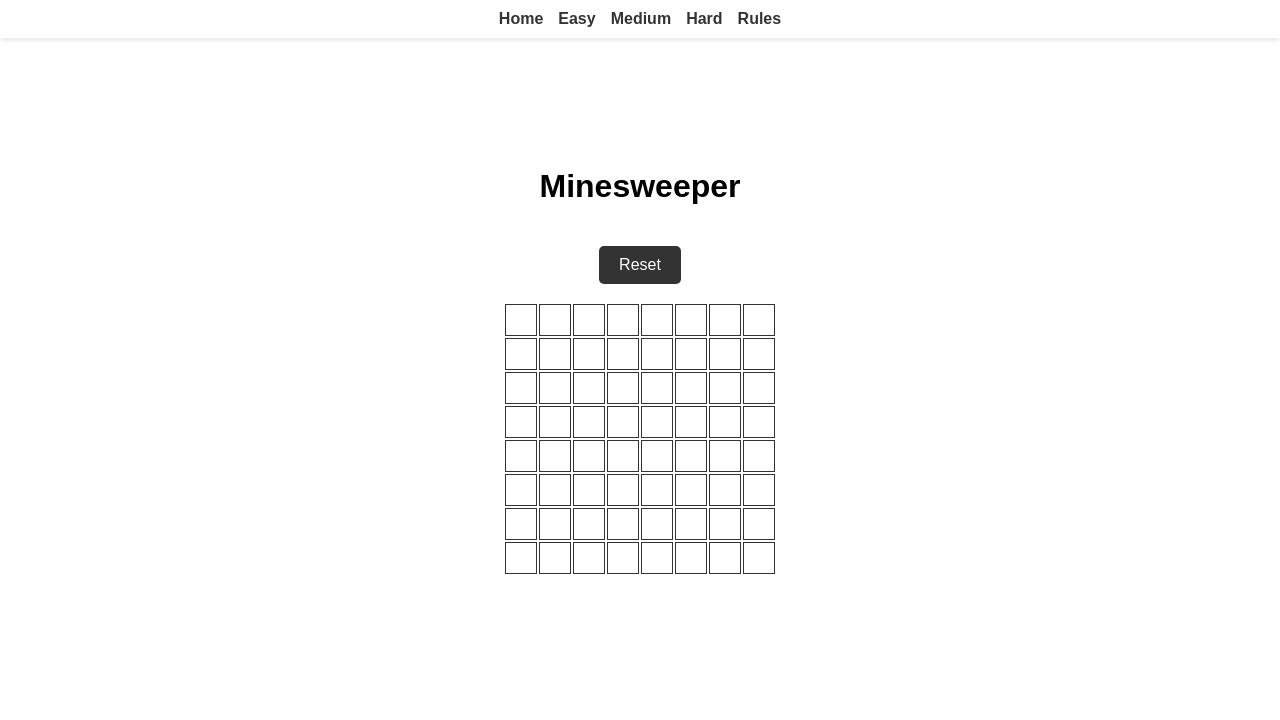
Repository: liwingy/-WingYee-_-Li-project2
Page: /game/easy (app in minesweeper/)
An editor plug-in stored every save of this project. The page is shown before and after the next save, followed by the edit.
The browser window is 1280 px wide. The pictures show the whole page.
The project was rebuilt for these pictures with package versions that can differ from the ones it lists, and the page was loaded fresh each time. Also part of the build but not shown: minesweeper/src/views/Homepage.js, minesweeper/src/views/Rules.js.

Above is the page before, as saved 2024-11-11 14:34:26.

### minesweeper/src/App.js
import './styles.css';
import { BrowserRouter as Router, Routes, Route, Link } from 'react-router-dom';
import Homepage from './views/Homepage';
import Game from './views/Game';
import Rules from './views/Rules';

function App() {
  return (
    <Router>
      <nav>
        <Link to="/">Home</Link>
        <Link to="/game/easy">Easy</Link>
        <Link to="/game/medium">Medium</Link>
        <Link to="/game/hard">Hard</Link>
        <Link to="/rules">Rules</Link>
      </nav>
      <Routes>
        <Route path="/" element={<Homepage />} />
        <Route path="/game/:difficulty" element={<Game />} />
        <Route path="/rules" element={<Rules />} />
      </Routes>
    </Router>
  );
}

export default App;

### minesweeper/src/styles.css
/* General Styles */
body, html {
  display: flex;
  justify-content: center;
  align-items: center;
  height: 100vh;
  margin: 0;
  font-family: Arial, sans-serif;
  text-align: center;
}

/* Main Container */
.main-container {
  display: flex;
  flex-direction: column;
  align-items: center;
  width: 100%;
  max-width: 600px;
  margin-top: 60px; /* Add top margin to avoid overlap with navbar */
}

/* Navbar Styling */
nav {
  position: fixed; /* Make the navbar fixed at the top */
  top: 0;
  left: 0;
  right: 0;
  display: flex;
  gap: 15px;
  justify-content: center;
  background-color: white; /* Background color to cover content behind */
  padding: 10px;
  box-shadow: 0 2px 5px rgba(0, 0, 0, 0.1); /* Optional shadow for visual separation */
  z-index: 1000; /* Ensure it stays above other content */
}

nav a {
  text-decoration: none;
  color: #333;
  font-weight: bold;
}

nav a:hover {
  color: #555;
}

/* Board Styling */
.board {
  display: grid;
  gap: 2px;
  justify-content: center;
  margin-top: 20px;
  /* Dynamically adjust the number of columns based on grid size */
}

/* Cell Styling */
.cell {
  width: 30px;
  height: 30px;
  border: 1px solid #333;
  display: flex;
  align-items: center;
  justify-content: center;
  font-size: 20px;
  cursor: pointer;
}

/* Revealed Cell Styling */
.cell.revealed {
  background-color: #d0d0d0;
}

/* Hover Effect for Cell */
.cell:hover {
  background-color: #e0e0e0;
}

/* Adjust the cell size for larger grids in hard mode */
.board.hard .cell {
  width: 20px;
  height: 20px;
  font-size: 16px;
}

/* Responsive adjustments for larger screens */
@media (min-width: 1024px) {
  .board.hard .cell {
    width: 25px;
    height: 25px;
    font-size: 16px;
  }
}

/* Button Styling */
button {
  margin-top: 20px;
  padding: 10px 20px;
  font-size: 16px;
  cursor: pointer;
  background-color: #333;
  color: #fff;
  border: none;
  border-radius: 5px;
}

button:hover {
  background-color: #555;
}

### minesweeper/src/views/Game.js
import React, { useState, useEffect } from 'react';
import { useParams } from 'react-router-dom';
import Cell from '../components/Cell';

function Game() {
  const { difficulty } = useParams();
  const [grid, setGrid] = useState([]);
  const [isGameOver, setIsGameOver] = useState(false);
  const [hasWon, setHasWon] = useState(false);

  // Sets up the size of the grid and the number of mines based on the selected difficulty level
  const config = {
    easy: { size: 8, mines: 10 },
    medium: { size: 16, mines: 40 },
    hard: { size: 30, mines: 99 },
  }[difficulty] || { size: 8, mines: 10 }; // Default to easy if something goes wrong

  // Reset the game every time the difficulty changes
  useEffect(() => {
    resetGame();
  }, [difficulty]);

  // Sets up a new grid and adds mines
  function initializeGrid() {
    // Create a blank grid with cells set to "not revealed" and no mines
    const emptyGrid = Array.from({ length: config.size }, () =>
      Array.from({ length: config.size }, () => ({
        isRevealed: false,
        isMine: false,
        adjacentMines: 0,
      }))
    );

    // Add mines to the grid
    placeMines(emptyGrid);
    setGrid(emptyGrid);
  }

  // Randomly add mines to cells in the grid
  function placeMines(grid) {
    let minesPlaced = 0;
    while (minesPlaced < config.mines) {
      const row = Math.floor(Math.random() * config.size);
      const col = Math.floor(Math.random() * config.size);

      // Only place a mine if there's not already one there
      if (!grid[row][col].isMine) {
        grid[row][col] = { ...grid[row][col], isMine: true };
        updateAdjacentCounts(grid, row, col); // Update nearby cells to track this new mine
        minesPlaced++;
      }
    }
  }

  // Increments the "adjacentMines" count for cells around a newly placed mine
  function updateAdjacentCounts(grid, row, col) {
    for (let r = Math.max(row - 1, 0); r <= Math.min(row + 1, config.size - 1); r++) {
      for (let c = Math.max(col - 1, 0); c <= Math.min(col + 1, config.size - 1); c++) {
        if (!grid[r][c].isMine) {
          grid[r][c].adjacentMines++;
        }
      }
    }
  }

  // Handles what happens when a player clicks a cell
  function handleClick(row, col) {
    // Do nothing if the game is already over or if the cell is already revealed
    if (isGameOver || grid[row][col].isRevealed) return;

    const newGrid = [...grid];

    // If the cell is a mine, game over!
    if (newGrid[row][col].isMine) {
      setIsGameOver(true);
      alert("Game over! You hit a bomb!");
      revealAllMines(newGrid); // Show all mines
      setGrid(newGrid);
      return;
    }

    // If it's safe, start revealing cells recursively
    revealCell(newGrid, row, col);
    setGrid(newGrid);

    // Check if all non-mine cells are revealed, meaning the player wins
    if (checkWin(newGrid)) {
      setHasWon(true);
      alert("Congratulations! You won!");
    }
  }

  // Recursive function to reveal cells with 0 adjacent mines
  function revealCell(grid, row, col) {
    if (
      row < 0 || col < 0 || row >= config.size || col >= config.size ||
      grid[row][col].isRevealed || grid[row][col].isMine
    ) {
      return; // Stop if out of bounds, already revealed, or a mine
    }

    grid[row][col].isRevealed = true;

    // If the cell has no adjacent mines, keep revealing nearby cells
    if (grid[row][col].adjacentMines === 0) {
      revealCell(grid, row - 1, col);
      revealCell(grid, row + 1, col);
      revealCell(grid, row, col - 1);
      revealCell(grid, row, col + 1);
      revealCell(grid, row - 1, col - 1);
      revealCell(grid, row - 1, col + 1);
      revealCell(grid, row + 1, col - 1);
      revealCell(grid, row + 1, col + 1);
    }
  }

  // Shows all mines when the game is over
  function revealAllMines(grid) {
    grid.forEach(row => {
      row.forEach(cell => {
        if (cell.isMine) {
          cell.isRevealed = true;
        }
      });
    });
  }

  // Checks if the player has revealed all non-mine cells
  function checkWin(grid) {
    return grid.flat().every(cell => cell.isMine || cell.isRevealed);
  }

  // Resets the game by reinitializing the grid and resetting the game state
  function resetGame() {
    setIsGameOver(false);
    setHasWon(false);
    initializeGrid();
  }

  return (
    <div>
      <h1>{isGameOver ? "Game Over" : hasWon ? "You Won!" : "Minesweeper"}</h1>
      <button onClick={resetGame}>Reset</button>
      <div className="board" style={{ gridTemplateColumns: `repeat(${config.size}, 1fr)` }}>
        {grid.map((row, rIndex) =>
          row.map((cell, cIndex) => (
            <Cell
              key={`${rIndex}-${cIndex}`}
              isRevealed={cell.isRevealed}
              isMine={cell.isMine}
              adjacentMines={cell.adjacentMines}
              onClick={() => handleClick(rIndex, cIndex)}
            />
          ))
        )}
      </div>
    </div>
  );
}

export default Game;

### minesweeper/src/components/Cell.js
import React from 'react';

function Cell({ isRevealed, isMine, adjacentMines, onClick }) {
  let content = '';
  if (isRevealed) {
    content = isMine ? '💣' : (adjacentMines > 0 ? adjacentMines : '');
  }

  return (
    <div
      className={`cell ${isRevealed ? 'revealed' : ''}`}
      onClick={onClick}
    >
      {content}
    </div>
  );
}

export default Cell;

Loaded but not shown: minesweeper/public/index.html (common file); minesweeper/src/index.js (common file)

After the next save:
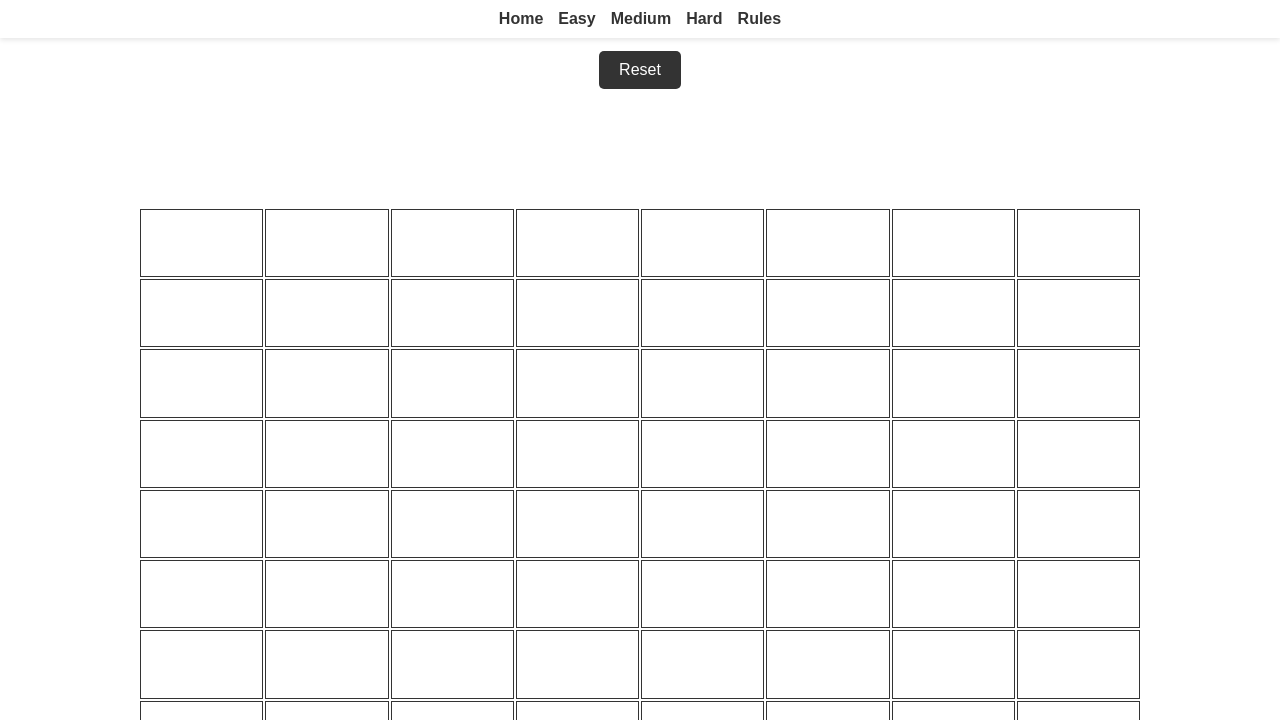
Saved 111 s later.
--- a/minesweeper/src/styles.css
+++ b/minesweeper/src/styles.css
@@ -7,6 +7,7 @@
   margin: 0;
   font-family: Arial, sans-serif;
   text-align: center;
+  overflow: hidden; /* Prevent entire page scrolling */
 }
 
 /* Main Container */
@@ -16,22 +17,22 @@
   align-items: center;
   width: 100%;
   max-width: 600px;
-  margin-top: 60px; /* Add top margin to avoid overlap with navbar */
+  margin-top: 60px;
 }
 
 /* Navbar Styling */
 nav {
-  position: fixed; /* Make the navbar fixed at the top */
+  position: fixed;
   top: 0;
   left: 0;
   right: 0;
   display: flex;
   gap: 15px;
   justify-content: center;
-  background-color: white; /* Background color to cover content behind */
+  background-color: white;
   padding: 10px;
-  box-shadow: 0 2px 5px rgba(0, 0, 0, 0.1); /* Optional shadow for visual separation */
-  z-index: 1000; /* Ensure it stays above other content */
+  box-shadow: 0 2px 5px rgba(0, 0, 0, 0.1);
+  z-index: 1000;
 }
 
 nav a {
@@ -44,50 +45,65 @@
   color: #555;
 }
 
+/* Header Styling for Game Title and Reset Button */
+.header {
+  position: fixed;
+  top: 50px; /* Spacing under the navbar */
+  left: 0;
+  right: 0;
+  background-color: white;
+  padding: 10px;
+  text-align: center;
+  box-shadow: 0 2px 5px rgba(0, 0, 0, 0.1);
+  z-index: 1000;
+}
+
 /* Board Styling */
 .board {
+  margin-top: 120px; /* Space for the navbar and header */
   display: grid;
   gap: 2px;
   justify-content: center;
-  margin-top: 20px;
-  /* Dynamically adjust the number of columns based on grid size */
+  height: calc(100vh - 160px); /* Dynamically adjust based on available space */
+  width: 90vw;
+  max-width: 1000px;
+  overflow-y: auto; /* Enable scrolling within the board, if needed */
 }
 
 /* Cell Styling */
 .cell {
-  width: 30px;
-  height: 30px;
   border: 1px solid #333;
   display: flex;
   align-items: center;
   justify-content: center;
-  font-size: 20px;
   cursor: pointer;
 }
 
-/* Revealed Cell Styling */
-.cell.revealed {
-  background-color: #d0d0d0;
+/* Adjust the cell size based on the difficulty */
+.board.easy .cell {
+  width: 40px;
+  height: 40px;
+  font-size: 20px;
 }
 
-/* Hover Effect for Cell */
-.cell:hover {
-  background-color: #e0e0e0;
+.board.medium .cell {
+  width: 30px;
+  height: 30px;
+  font-size: 16px;
 }
 
-/* Adjust the cell size for larger grids in hard mode */
 .board.hard .cell {
-  width: 20px;
-  height: 20px;
-  font-size: 16px;
+  width: 14px;
+  height: 14px;
+  font-size: 12px;
 }
 
 /* Responsive adjustments for larger screens */
 @media (min-width: 1024px) {
   .board.hard .cell {
-    width: 25px;
-    height: 25px;
-    font-size: 16px;
+    width: 18px;
+    height: 18px;
+    font-size: 14px;
   }
 }
 

After the save that followed:
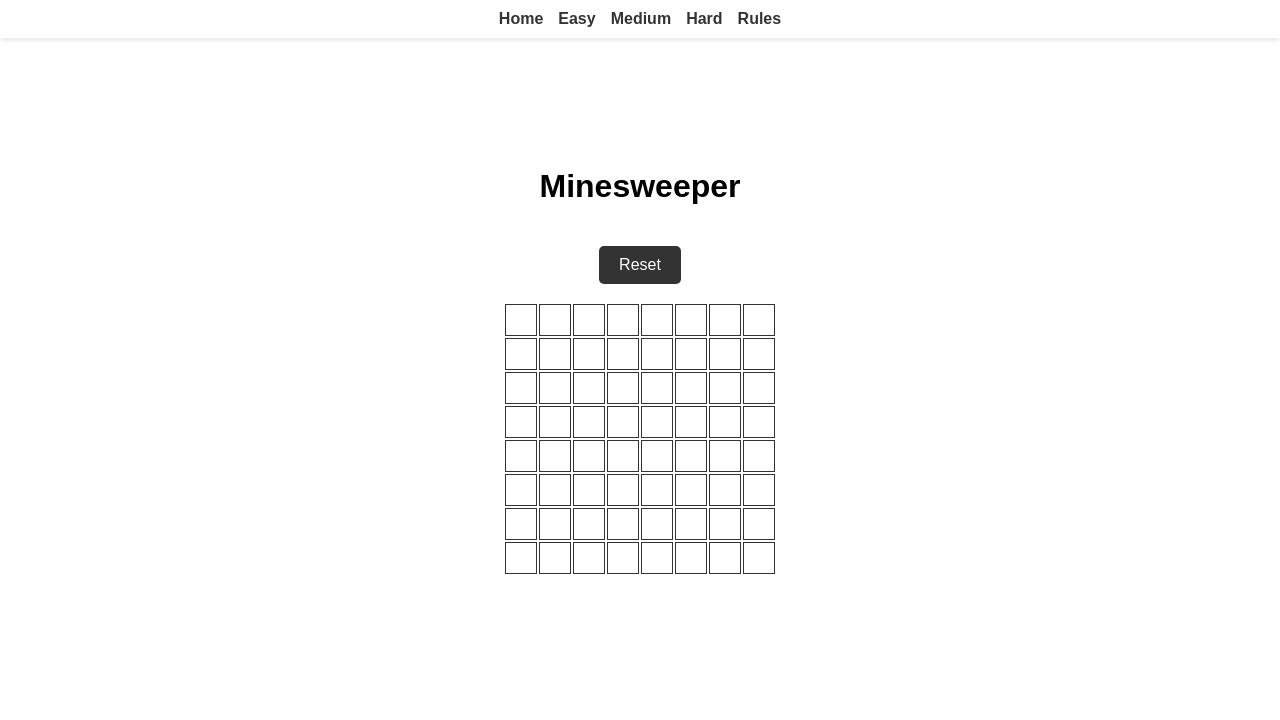
Saved 37 s later.
--- a/minesweeper/src/styles.css
+++ b/minesweeper/src/styles.css
@@ -7,7 +7,6 @@
   margin: 0;
   font-family: Arial, sans-serif;
   text-align: center;
-  overflow: hidden; /* Prevent entire page scrolling */
 }
 
 /* Main Container */
@@ -17,22 +16,22 @@
   align-items: center;
   width: 100%;
   max-width: 600px;
-  margin-top: 60px;
+  margin-top: 60px; /* Add top margin to avoid overlap with navbar */
 }
 
 /* Navbar Styling */
 nav {
-  position: fixed;
+  position: fixed; /* Make the navbar fixed at the top */
   top: 0;
   left: 0;
   right: 0;
   display: flex;
   gap: 15px;
   justify-content: center;
-  background-color: white;
+  background-color: white; /* Background color to cover content behind */
   padding: 10px;
-  box-shadow: 0 2px 5px rgba(0, 0, 0, 0.1);
-  z-index: 1000;
+  box-shadow: 0 2px 5px rgba(0, 0, 0, 0.1); /* Optional shadow for visual separation */
+  z-index: 1000; /* Ensure it stays above other content */
 }
 
 nav a {
@@ -45,65 +44,50 @@
   color: #555;
 }
 
-/* Header Styling for Game Title and Reset Button */
-.header {
-  position: fixed;
-  top: 50px; /* Spacing under the navbar */
-  left: 0;
-  right: 0;
-  background-color: white;
-  padding: 10px;
-  text-align: center;
-  box-shadow: 0 2px 5px rgba(0, 0, 0, 0.1);
-  z-index: 1000;
-}
-
 /* Board Styling */
 .board {
-  margin-top: 120px; /* Space for the navbar and header */
   display: grid;
   gap: 2px;
   justify-content: center;
-  height: calc(100vh - 160px); /* Dynamically adjust based on available space */
-  width: 90vw;
-  max-width: 1000px;
-  overflow-y: auto; /* Enable scrolling within the board, if needed */
+  margin-top: 20px;
+  /* Dynamically adjust the number of columns based on grid size */
 }
 
 /* Cell Styling */
 .cell {
+  width: 30px;
+  height: 30px;
   border: 1px solid #333;
   display: flex;
   align-items: center;
   justify-content: center;
+  font-size: 20px;
   cursor: pointer;
 }
 
-/* Adjust the cell size based on the difficulty */
-.board.easy .cell {
-  width: 40px;
-  height: 40px;
-  font-size: 20px;
+/* Revealed Cell Styling */
+.cell.revealed {
+  background-color: #d0d0d0;
 }
 
-.board.medium .cell {
-  width: 30px;
-  height: 30px;
-  font-size: 16px;
+/* Hover Effect for Cell */
+.cell:hover {
+  background-color: #e0e0e0;
 }
 
+/* Adjust the cell size for larger grids in hard mode */
 .board.hard .cell {
-  width: 14px;
-  height: 14px;
-  font-size: 12px;
+  width: 20px;
+  height: 20px;
+  font-size: 16px;
 }
 
 /* Responsive adjustments for larger screens */
 @media (min-width: 1024px) {
   .board.hard .cell {
-    width: 18px;
-    height: 18px;
-    font-size: 14px;
+    width: 25px;
+    height: 25px;
+    font-size: 16px;
   }
 }
 
